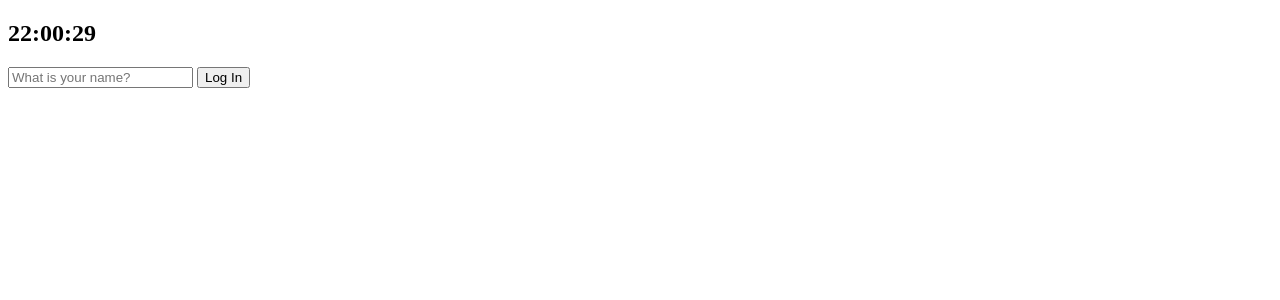
Repository: yoonanimous/ChromeApp
Page: index.html
The author's editor kept a copy of each file at every save. The page is drawn from the files as they stood at one save, then again after the next save.
The browser window is 1280 px wide. The pictures show the whole page.

Above is the page before, as saved 2022-12-04 09:12:33.

After the next save:
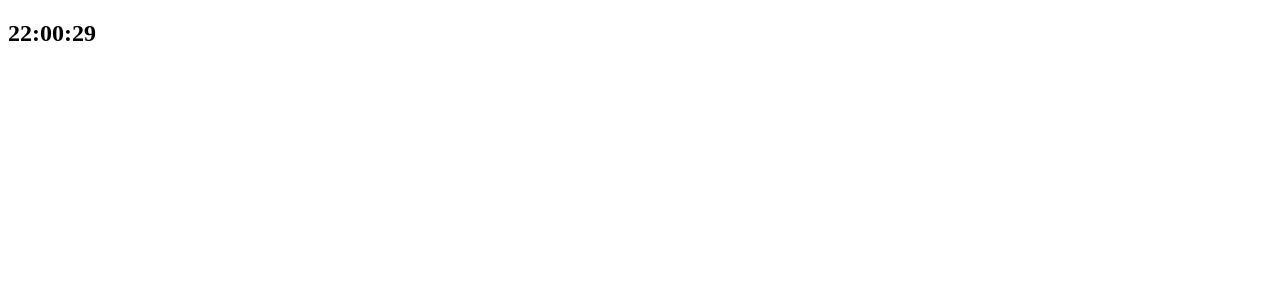
Console error: ReferenceError: savedUsername is not defined
Saved 14 s later.
--- a/index.js
+++ b/index.js
@@ -30,8 +30,6 @@
 	greeting.classList.remove(HIDDEN_CLASSNAME);
 }
 
-const savedUsername = localStorage.getItem(USERNAME_KEY);
-
 if (savedUsername === null) {
 	loginForm.classList.remove(HIDDEN_CLASSNAME);
 	loginForm.addEventListener("submit", onLoginSubmit);

After the save that followed:
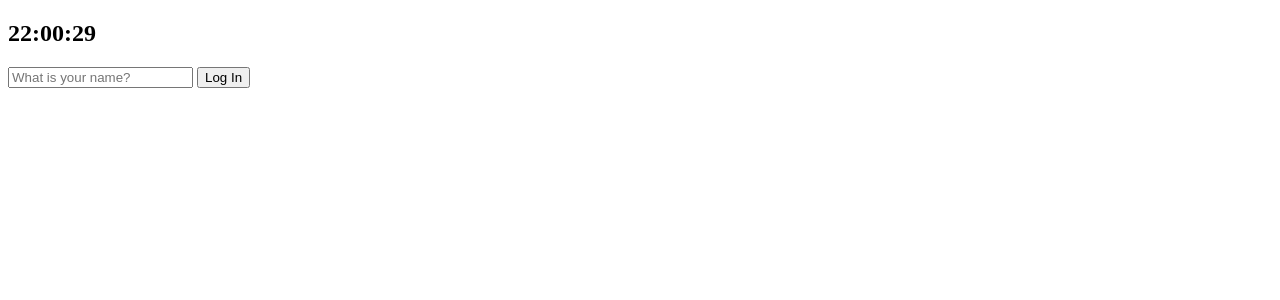
The error is gone.
Saved 31 s later.
--- a/index.js
+++ b/index.js
@@ -30,6 +30,8 @@
 	greeting.classList.remove(HIDDEN_CLASSNAME);
 }
 
+const savedUsername = localStorage.getItem(USERNAME_KEY);
+
 if (savedUsername === null) {
 	loginForm.classList.remove(HIDDEN_CLASSNAME);
 	loginForm.addEventListener("submit", onLoginSubmit);
